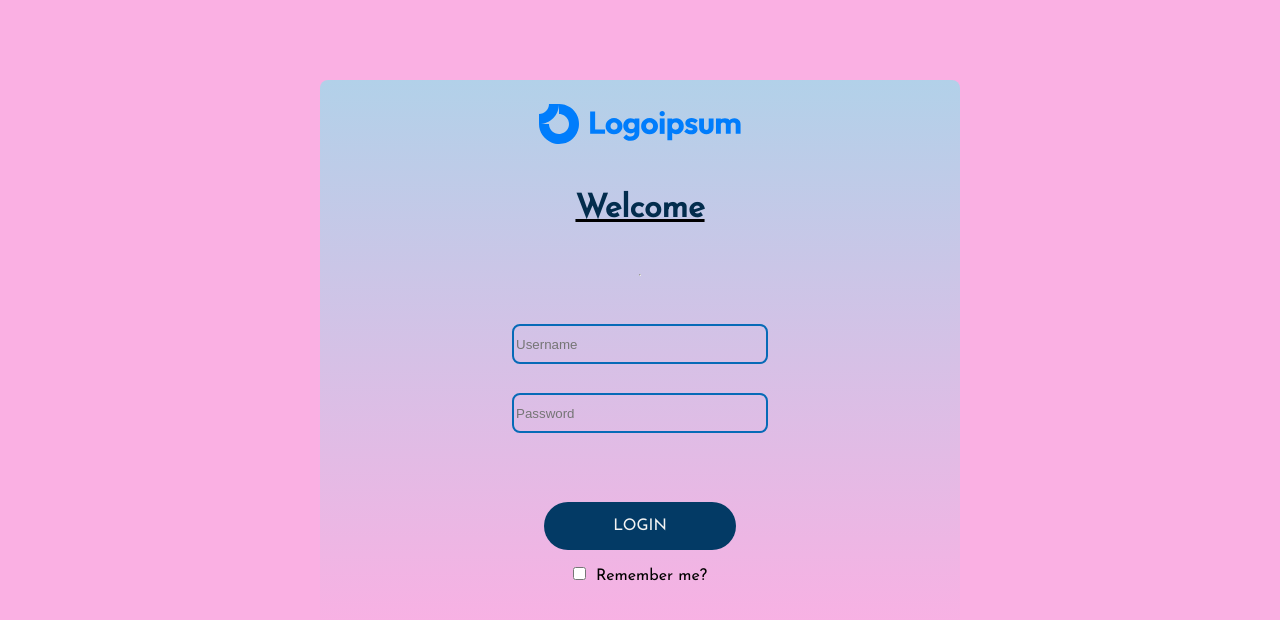
Repository: Tahaa2t/Researchers
Page: /
An editor plug-in stored every save of this project. The page is shown before and after the next save, followed by the edit.
The browser window is 1280 px wide. The pictures show the whole page.
The project was rebuilt for these pictures with package versions that can differ from the ones it lists, and the page was loaded fresh each time.

Above is the page before, as saved 2023-06-23 12:11:24.

After the next save:
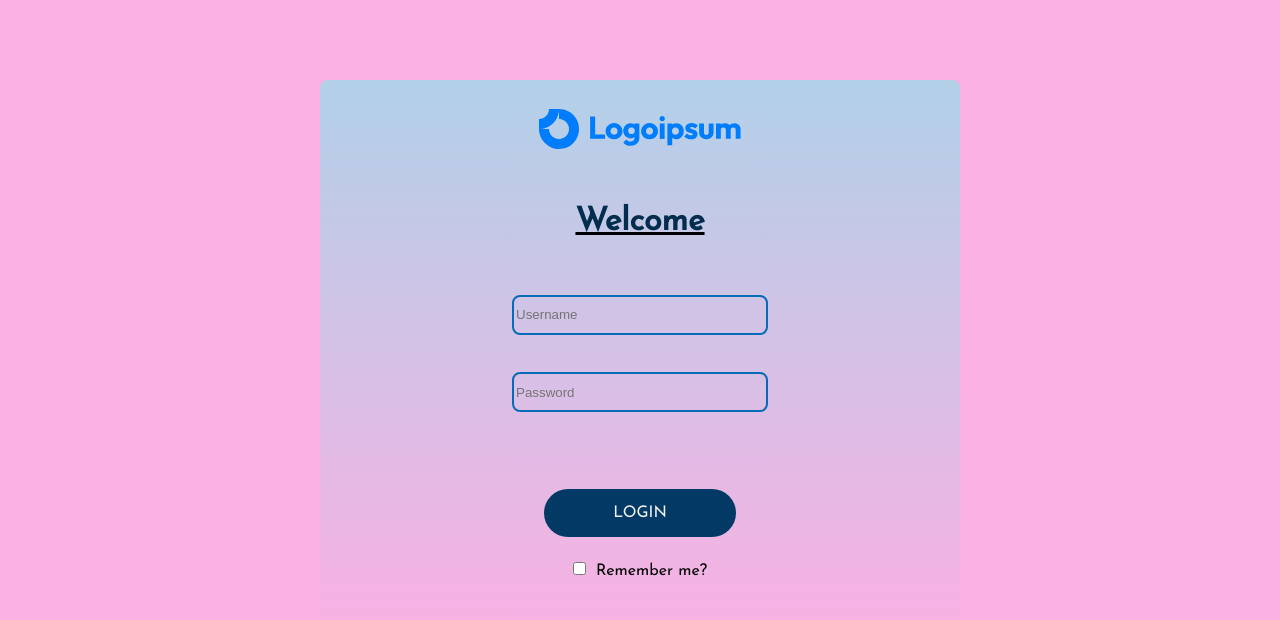
Saved 3 min 16 s later.
--- a/src/Components/loginform.js
+++ b/src/Components/loginform.js
@@ -15,17 +15,22 @@ const LoginForm = () => {
     <div className="page">
       <div className="cover">
         <img src={logo} alt="Logo Ipsum"></img>
-          <span className="line">
-          <h1>Welcome</h1>
-          </span>
-          <hr />
-          <input type="text" placeholder="Username"></input>
-          <input type="password" placeholder="Password"></input>
-            <div className="login-btn" onClick={popup}>LOGIN</div>
-            <div className="check-btn">
-              <input type="checkbox"></input>
-              <p>Remember me?</p>
-          </div>
+        <span className="line">
+        <h1>Welcome</h1>
+        </span>
+        <input type="text" placeholder="Username"></input>
+        <input type="password" placeholder="Password"></input>
+
+        <div className="login-btn" onClick={popup}>LOGIN</div>
+
+        <div className="check-btn">
+          <input type="checkbox"></input>
+          <p>Remember me?</p>
+        </div>
+
+        <div className={popupStyle}></div>
+
+
       </div>
     </div>
   )
